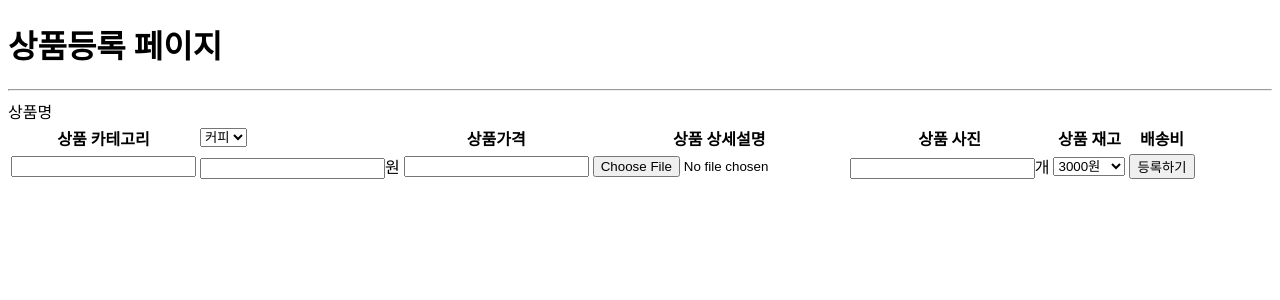
Repository: HJK0000/shoppingMallPrj
Page: http://localhost/shoppingMall/WEB-INF/views/admin/productRegistForm.jsp
The author's editor kept a copy of each file at every save. The page is drawn from the files as they stood at one save, then again after the next save.
The browser window is 1280 px wide. The pictures show the whole page.
The page is served by Tomcat 10. Nobody is signed in. The template is opened directly, without the code that normally fills it, so the values that code supplies are empty.

Above is the page before, as saved 2024-05-29 03:27:26.
Console error: SyntaxError: Invalid or unexpected token

After the next save:
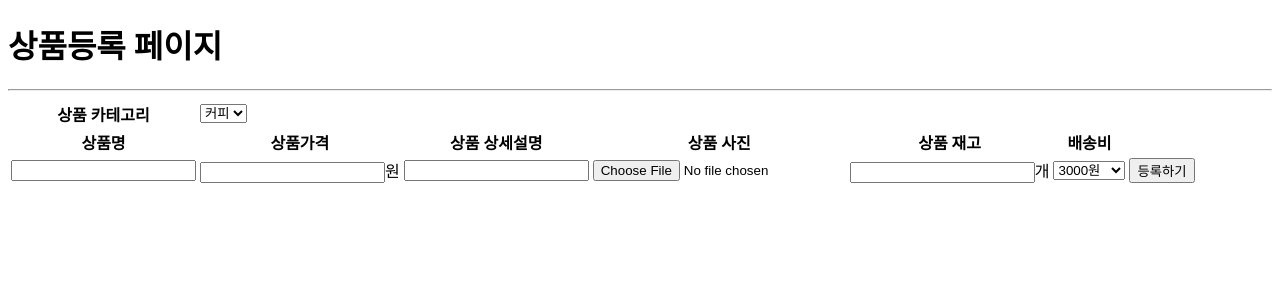
Saved 7 s later.
--- a/shoppingMall/src/main/webapp/WEB-INF/views/admin/productRegistForm.jsp
+++ b/shoppingMall/src/main/webapp/WEB-INF/views/admin/productRegistForm.jsp
@@ -22,7 +22,8 @@
 			<tr>
 				<th>상품 카테고리</th>
 				<td><select id="sortOptions"><option value="coffee">커피</option></select></td>
-				</
+			</tr>
+			<tr>
 				<th>상품명</th>
 				<th>상품가격</th>
 				<th>상품 상세설명</th>
